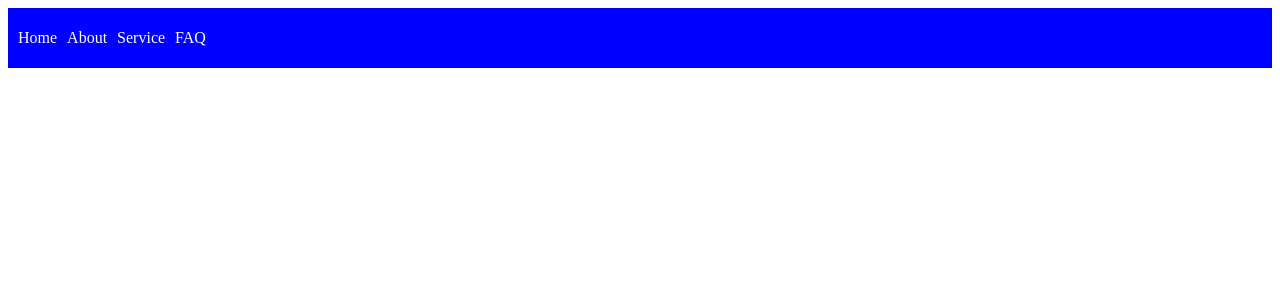
Repository: kenyi-mic/ugv-celender-ui
Page: /
These files come from the project's save history. The page is drawn as it stood at one moment and after the next save; the edit follows.
The browser window is 1280 px wide. The pictures show the whole page.
The project was rebuilt for these pictures with package versions that can differ from the ones it lists, and the page was loaded fresh each time.

Above is the page before, as saved 2021-06-09 10:26:39.

After the next save:
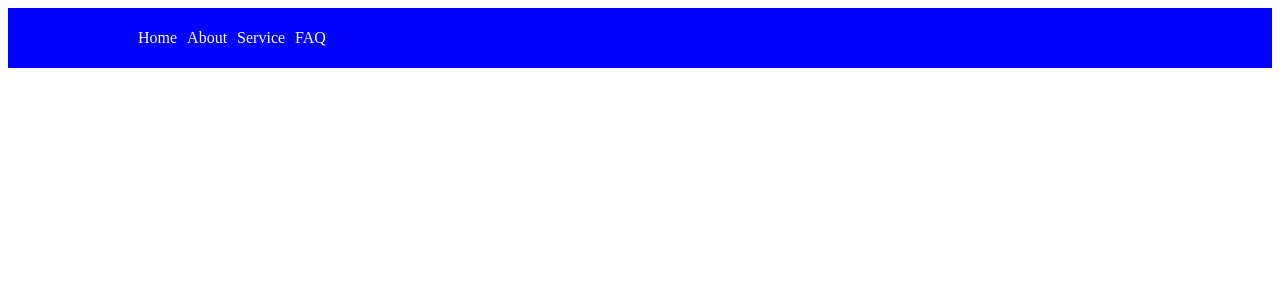
Saved 2 min 17 s later.
--- a/src/index.css
+++ b/src/index.css
@@ -8,6 +8,8 @@
   display: flex;
   list-style: none;
   padding: 5px;
+  position: relative;
+  left: 120px;
 }
 li a {
   margin: 5px;
